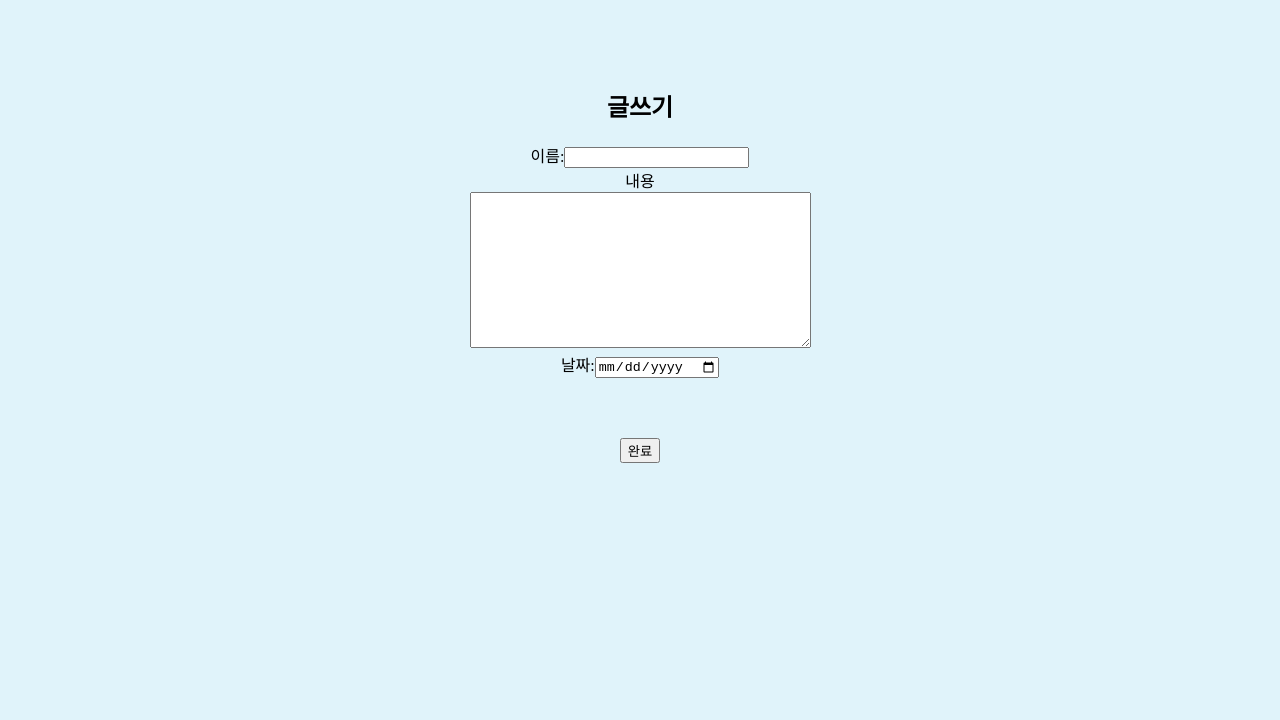
Repository: IreneCho/sk
Page: company/WebContent/TEAMPROJECT/boardinsert.html
The author's editor kept a copy of each file at every save. The page is drawn from the files as they stood at one save, then again after the next save.
The browser window is 1280 px wide. The pictures show the whole page.
Some web libraries are served in a nearby version.

Above is the page before, as saved 2016-08-22 09:43:49.

### company/WebContent/TEAMPROJECT/boardinsert.html
<!DOCTYPE html>
<html>
<head>
<meta charset="EUC-KR">
<title>Insert title here</title>
	<style>
	table {
			border-collapse: collapse;

		}
	table,th,td {
		border-bottom: 1px solid black;
		text-align: center;
		}
	td {
			height: 30px;
			padding: 10px;
	}
	tr:hover {
			background-color: rgb(213,213,213);
		}
/*
			#mydiv{
  display:none
  }
 */
   body{
   width: 375;
   height: 667px;
   text-align: center;
   background-color: #e0f3fa;
   }

   h1{
   border-radius: 15px 15px 15px 15px;
   width:100%;
   text-align: center;
   background-color: #b6dffd;
   text-shadow:
   }

   img{
   width:10%;
   height:10%;
   }

   section{
   padding-top: 60px;
   padding-bottom: 60px;
   }

   table{

   margin-left: auto;
   margin-right: auto;
   }

  #mydiv{
   display:none;
   border-radius: 20px 20px 20px 20px;
   margin-left: auto;
   margin-right: auto;
   width:300px;
   height: 300px;
   background-color: #b6dffd
  }


	</style>

	<script src="http://code.jquery.com/jquery-3.1.0.js" integrity="sha256-slogkvB1K3VOkzAI8QITxV3VzpOnkeNVsKvtkYLMjfk=" crossorigin="anonymous"></script>

<script>
function fn()
{
	//mynumber=numb.value;
	myname=na.value;
	mycon=con.value
	mydate=dat.value
	data = {name:myname,contents:mycon,date:mydate};
	$('#mydiv').load("board2.jsp",data,comFn)

	location.href="index.html";


}

function comFn() {
	alert("complete")
}

function fn2()
{
	  var tr = $('#mybody').empty()
	$.getJSON('board1.jsp',JFn)
}
function JFn(data) {

	for(n in data){

		$('#mytable > tbody:last').append('<tr><td>'+n+'</td><td>' +data[n].name+ '</td><td>'+data[n].contents+'</td><td>'+data[n].date+'</td></tr>');
	}

}
</script>
</head>
<body>
<section>
 <h2>글쓰기</h2>
<div id="mydiv">표시</div>

 <span>
 이름:<input id="na" type="text"><br>
 </span>
  <span>
  내용<br>
  <textarea id="con" rows="10" cols="40"></textarea><br>
<!--  내용:<input id="con" type="text"><br>  -->
 </span>
  <span>
 날짜:<input id="dat" type="date"><br>
 </span>
  </section>


 <button onclick="fn()" href="index.html" >완료</button>
 <!--
 <button onclick="fn2()" >보기</button>

  <div>
  <table id = "mytable">
      <thead><tr><th>번호</th><th>이름</th><th>내용</th><th>날짜</th></tr></thead>
      <tbody id="mybody"></tbody>
   </table>
</div>

  -->

  <section>
</body>
</html>

After the next save:
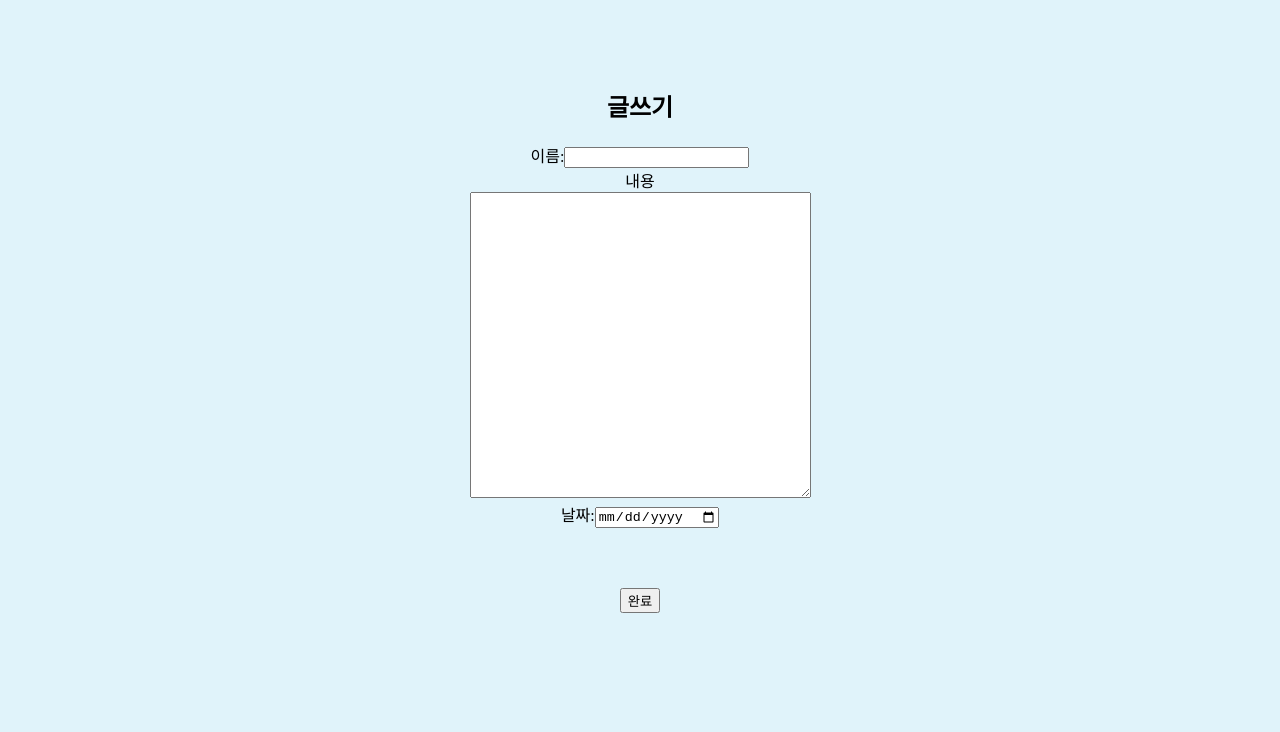
Saved 24 s later.
--- a/company/WebContent/TEAMPROJECT/boardinsert.html
+++ b/company/WebContent/TEAMPROJECT/boardinsert.html
@@ -114,7 +114,7 @@ function JFn(data) {
  </span>
   <span>
   내용<br>
-  <textarea id="con" rows="10" cols="40"></textarea><br>
+  <textarea id="con" rows="20" cols="40"></textarea><br>
 <!--  내용:<input id="con" type="text"><br>  -->
  </span>
   <span>
